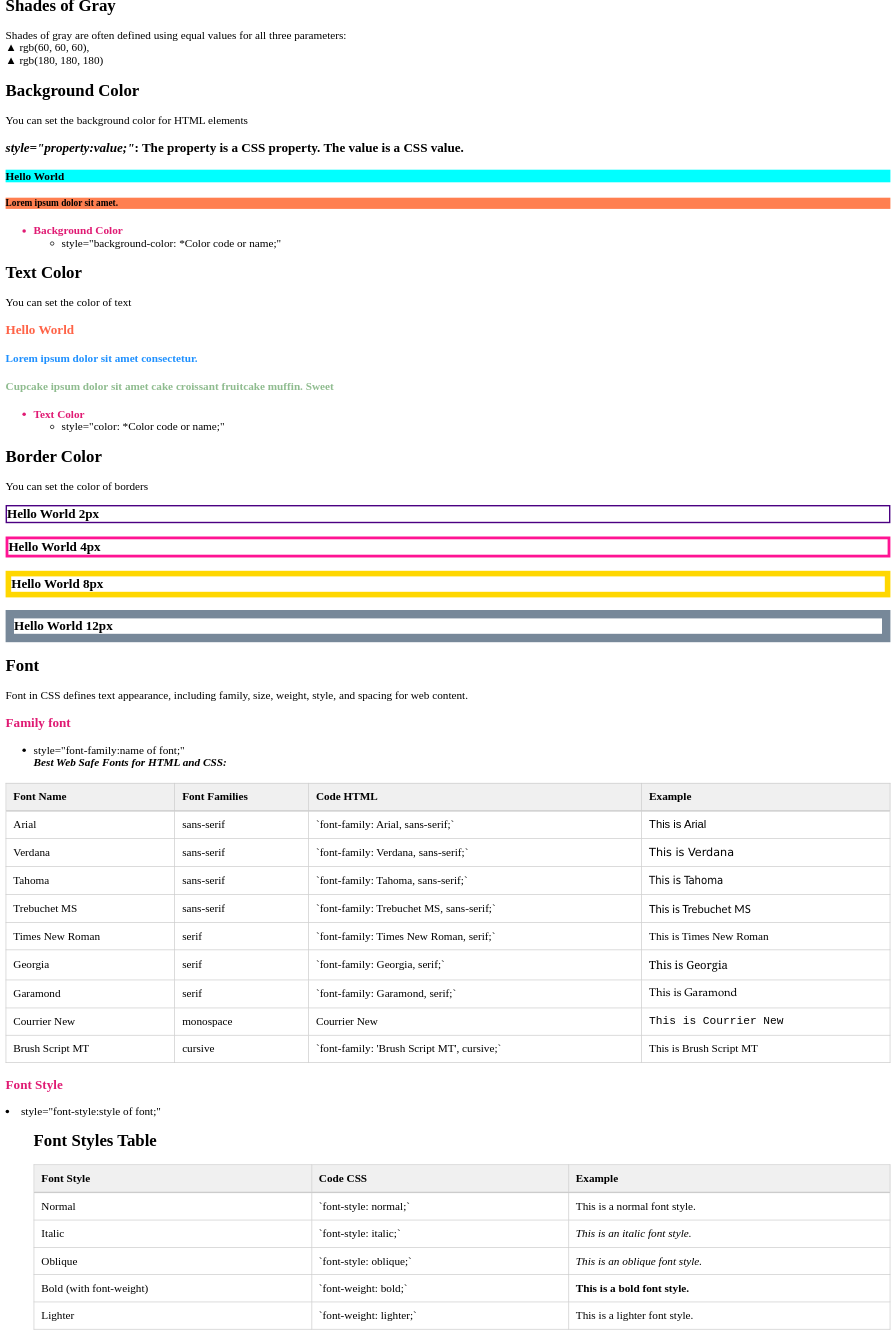
Repository: AnnaSpirit/2025_
Page: Bases/OK/HTML_Text_Formatting.html
The author's editor kept a copy of each file at every save. The page is drawn from the files as they stood at one save, then again after a run of saves.
The browser window is 1280 px wide. The pictures show the part of the page from y = 2089 to 4009 px (the page is 4009 px tall), at 70% of full size.

Above is the page before, as saved 2025-01-09 16:38:53.

### Bases/OK/HTML_Text_Formatting.html
<!DOCTYPE html>
<html lang="en">

<head>
    <meta charset="UTF-8">
    <meta name="viewport" content="width=device-width, initial-scale=1.0">
    <title>HTML Text Formatting</title>
    <a href="HTML_Colors.html"></a>
</head>

<body>
    <h1>HTML contains several elements for defining text with a special meaning.</h1>
    <a href="HTML_Colors.html">
        <h2>Go Back: HTML_Colors</h2></a>
    <p>
    <ul>
        <li style="color:red;"> b< - >Bold text &#61 Strong;
            <ul>
                <li style="color:black;"><b>Bold</b> text</li>
            </ul>
        </li><br>
        <li style="color:red;"> strong< - >Important text &#61 Bold
            <ul>
                <li style="color:black;"><strong>Important</strong> text</li>
            </ul>
        </li><br>
        <li style="color:red;"> i< - >Italic text &#61 Emphasized
            <ul>
                <li style="color:black;"><i>Italic</i> text</li>
            </ul>
        </li><br>

        <li style="color:red;">em< - >Emphasized text &#61 Italic
            <ul>
                <li style="color:black;"><em>Emphasized</em> text</li>
            </ul>
        </li><br>
        <li style="color:red;"> u< - >Underlined text &#61 Inserted
            <ul>
                <li style="color:black;"><u>Underlined</u> text</li>
            </ul><br>
        <li style="color:red;">ins< - >Inserted text &#61 Underlined
            <ul>
                <li style="color:black;"><ins>Inserted</ins> text</li>
            </ul><br>
        <li style="color:red;">small< - >Smaller text
            <ul>
                <li style="color:black;"><small>Smaller</small> text</li>
            </ul>
        </li><br>
        <li style="color:red;">del< - >Deleted text &#61 Strikethrough
            <ul>
                <li style="color:black;"><del>Deleted</del> text</li>
            </ul>
        </li><br>
        <li style="color:red;">s< - >strikethrough text &#61 Deleted
            <ul>
                <li style="color:black;"><s>strikethrough</s> text</li>
            </ul>
        </li><br>
        <li style="color:red;"> mark< - >Marked text (Highlighted in yellow)
            <ul>
                <li style="color:black;"><mark>Marked</mark> text</li>
            </ul>
        </li><br>
        <li style="color:red;">sub< - >Subscript text
            <ul>
                <li style="color:black;"><sub>Subscript</sub> text</li>
            </ul>
        </li><br>
        <li style="color:red;">sup< - >Superscript text
            <ul>
                <li style="color:black;"><sup>Superscript</sup> text</li>
            </ul>
        </li>
    </ul>
    </p>
    <hr>
    <p>
    <h1>HTML Quotation and Citation Elements</h1>
    <h3>In this chapter we will go through the blockquote>,q>, abbr>, address>, cite>, and bdo> HTML elements.</h3>
    <ul>
        <li style="color:rgb(49, 169, 49);"> HTML blockquote> for Quotations
            <ul>
                <li style="color: black;">
                    <blockquote cite=" http://www.worldwildlife.org/who/index.html">For 60 years,...</blockquote>
                </li><br>
            </ul>
        <li style="color:rgb(49, 169, 49);"> HTML q> for Short Quotations
            <ul>
                <li style="color: black;"> WWF's goal is to: <q><em>Build a future where people live in harmony with
                            nature.</em></q></li>
            </ul>
        </li><br>
        <li style=" color:rgb(49, 169, 49);">HTML abbr> for Abbreviations
            <ul>
                <li style="color: black;">
                    <p>The <abbr title="World Health Organization">WHO</abbr> was founded in 1948.</p>
                </li>
            </ul>
        </li><br>
        <li style=" color:rgb(49, 169, 49);">HTML address> for Contact Information
            <ul>
                <li style="color: black;">
                    <address>
                        Written by John Doe.<br>
                        Visit us at:<br>
                        Example.com<br>
                        Box 564, Disneyland<br>
                        USA
                    </address>
                </li>
            </ul>
        </li><br>
        <li style=" color:rgb(49, 169, 49);">HTML cite> for Work Title
            <ul>
                <li style="color: black;">
                    <p><cite>The Scream</cite> by Edvard Munch. Painted in 1893.</p>
                </li>
            </ul>
        </li><br>
        <li style=" color:rgb(49, 169, 49);">HTML bdo> for Bi-Directional Override
            <ul>
                <li style="color: black;"><bdo dir="rtl">This text will be written from right to
                        left.</bdo><mark>||</mark>This text will be written from right to left.<br>
                    specific for <b>HEBREW</b> for example</li> <bdo dir="ltr">Left to Right</bdo>=
                LTR<mark>||</mark><bdo dir="rtl">Right to Left</bdo> = RTL
            </ul>
        </li>
    </ul>
    </h1>
    </p>
    <hr>
    <p>
    <h1>HTML_Colors</h1>
    <p>HTML colors are specified with predefined color names, or with RGB, HEX, HSL, RGBA, or HSLA values.</p>
    <a href="HTML_Colors.html">
        <h2>Colors Names</h2>
    </a>
    <p>In HTML, a color can be specified by using a color name</p>

    <h2>Color Values</h2>

    <p>In HTML, colors can also be specified using <b>RGB</b><sub> (value represents RED, GREEN, and BLUE light
            sources)</sub>, <b>HEX</b><sub>(hexadecimal color is specified with: #RRGGBB, where the RR (red), GG (green)
            and BB (blue) hexadecimal integers specify the components of the color.)</sub>, <b>HSL</b><sub> (stands for
            hue, saturation, and lightness.)</sub>, <b>RGBA</b><sub> (value is an extension of RGB with an Alpha channel
            (opacity)).</sub> and <b>HSLA</b><sub> (values are an extension of HSL with an Alpha channel
            (opacity)).</sub><br>

    <p>The following three elements have their background color set with RGB, HEX, and HSL values.<br>
    <h5>Ultramarine Blue</h5>
    <ul>
        <li style="background-color:rgb(77,106,255);">
            <h5>RGB (77,106,255)</h5>
        </li>
        <li style="background-color:#4D6AFF;">
            <h5>HEX #4D6AFF</h5>
        </li>
        <li style="background-color:HSL(230, 100%, 65%);">
            <h5>HSL (230, 100%, 65%)</h5>
        </li>
    </ul>
    <p>The following two elements have their background color set with RGBA and HSLA values, which add an Alpha channel
        to the color (here we have 50% and 20% transparency)</p>
    <ul>
        <li style="background-color:rgba(77,106,255, 0.5);">
            <h5>RGBA (77,106,255, 0.5) </h5>
        </li>
        <li style="background-color:HSL(230, 100%, 65%, 0.2);">
            <h5>HSLA (230, 100%, 65%, 0.2) </h5>
        </li>
    </ul>
    </p>
    <h2>Shades of Gray</h2>
    <p>Shades of gray are often defined using equal values for all three parameters: <br>
        &#9650; rgb(60, 60, 60),<br>
        &#9650; rgb(180, 180, 180)</p>

    <h2>Background Color</h2>

    <p>You can set the background color for HTML elements <br>
    <h3><em>style="property:value;"</em>: The property is a CSS property. The value is a CSS value.</h3>
    <h4 style="background-color:cyan;">Hello World</h4>
    <h5 style="background-color:Coral;">Lorem ipsum dolor sit amet.</h5>
    <ul>
        <li style="color:rgb(224, 26, 115);"><b>Background Color</b></li>
        <ul>
            <li>style="background-color: *Color code or name;"</li>
        </ul></ul>
    </p>

    <h2>Text Color</h2>

    <p>You can set the color of text <br>
    <h3 style="color:Tomato;">Hello World</h3>
    <h4 style="color:DodgerBlue;">Lorem ipsum dolor sit amet consectetur.</h4>
    <h4 style="color:DarkSeaGreen;">Cupcake ipsum dolor sit amet cake croissant fruitcake muffin. Sweet</h4>
    <ul>
        <li style="color:rgb(224, 26, 115);"><b>Text Color</b></li>
    <ul>
        <li>style="color: *Color code or name;"</li>
    </ul></ul>
    </p>

    <h2>Border Color</h2>

    <p>You can set the color of borders <br>
    <h3 style="border:2px solid indigo;">Hello World 2px</h3>
    <h3 style="border:4px solid DeepPink;">Hello World 4px</h3>
    <h3 style="border:8px solid Gold;">Hello World 8px</h3>
    <h3 style="border:12px solid LightSlateGrey;">Hello World 12px</h3>
    </p>

    <h2>Font</h2>

    <p>Font in CSS defines text appearance, including family, size, weight, style, and spacing for web content.<br>
        <h3 style="color:rgb(224, 26, 115);">Family font</font></h3>
    <ul>
        <li>style="font-family:name of font;"<br><em><b>Best Web Safe Fonts for HTML and CSS: </em></b></li>
    </ul>

    <table style="width: 100%; border-collapse: collapse; text-align: left; margin: 20px 0;">
        <thead>
            <tr style="background-color: #f0f0f0; border-bottom: 2px solid #ccc;">
                <th style="padding: 10px; border: 1px solid #ccc;">Font Name</th>
                <th style="padding: 10px; border: 1px solid #ccc;">Font Families</th>
                <th style="padding: 10px; border: 1px solid #ccc;">Code HTML</th>
                <th style="padding: 10px; border: 1px solid #ccc;">Example</th>
            </tr>
        </thead>
        <tbody>
            <tr>
                <td style="padding: 10px; border: 1px solid #ccc;">Arial</td>
                <td style="padding: 10px; border: 1px solid #ccc;">sans-serif</td>
                <td style="padding: 10px; border: 1px solid #ccc;">`font-family: Arial, sans-serif;`</td>
                <td style="padding: 10px; border: 1px solid #ccc; font-family: Arial, sans-serif;">This is Arial</td>
            </tr>
            <tr>
                <td style="padding: 10px; border: 1px solid #ccc;">Verdana</td>
                <td style="padding: 10px; border: 1px solid #ccc;">sans-serif</td>
                <td style="padding: 10px; border: 1px solid #ccc;">`font-family: Verdana, sans-serif;`</td>
                <td style="padding: 10px; border: 1px solid #ccc; font-family: Verdana, sans-serif;">This is Verdana
                </td>
            </tr>
            <tr>
                <td style="padding: 10px; border: 1px solid #ccc;">Tahoma</td>
                <td style="padding: 10px; border: 1px solid #ccc;">sans-serif</td>
                <td style="padding: 10px; border: 1px solid #ccc;">`font-family: Tahoma, sans-serif;`</td>
                <td style="padding: 10px; border: 1px solid #ccc; font-family: Tahoma, sans-serif;">This is Tahoma</td>
            </tr>
            <tr>
                <td style="padding: 10px; border: 1px solid #ccc;">Trebuchet MS</td>
                <td style="padding: 10px; border: 1px solid #ccc;">sans-serif</td>
                <td style="padding: 10px; border: 1px solid #ccc;">`font-family: Trebuchet MS, sans-serif;`</td>
                <td style="padding: 10px; border: 1px solid #ccc; font-family: 'Trebuchet MS', sans-serif;">This is
                    Trebuchet MS</td>
            </tr>
            <tr>
                <td style="padding: 10px; border: 1px solid #ccc;">Times New Roman</td>
                <td style="padding: 10px; border: 1px solid #ccc;">serif</td>
                <td style="padding: 10px; border: 1px solid #ccc;">`font-family: Times New Roman, serif;`</td>
                <td style="padding: 10px; border: 1px solid #ccc; font-family: 'Times New Roman', serif;">This is Times
                    New Roman</td>
            </tr>
            <tr>
                <td style="padding: 10px; border: 1px solid #ccc;">Georgia</td>
                <td style="padding: 10px; border: 1px solid #ccc;">serif</td>
                <td style="padding: 10px; border: 1px solid #ccc;">`font-family: Georgia, serif;`</td>
                <td style="padding: 10px; border: 1px solid #ccc; font-family: Georgia, serif;">This is Georgia</td>
            </tr>
            <tr>
                <td style="padding: 10px; border: 1px solid #ccc;">Garamond</td>
                <td style="padding: 10px; border: 1px solid #ccc;">serif</td>
                <td style="padding: 10px; border: 1px solid #ccc;">`font-family: Garamond, serif;`</td>
                <td style="padding: 10px; border: 1px solid #ccc; font-family: Garamond, serif;">This is Garamond</td>
            </tr>
            <tr>
                <td style="padding: 10px; border: 1px solid #ccc;">Courrier New</td>
                <td style="padding: 10px; border: 1px solid #ccc;">monospace</td>
                <td style="padding: 10px; border: 1px solid #ccc;"><font-family>Courrier New</font-family>
                </td>
                <td style="padding: 10px; border: 1px solid #ccc; font-family:'Courier New', Courier, monospace";>This is Courrier New</td>
            </tr>
            <tr>
                <td style="padding: 10px; border: 1px solid #ccc;">Brush Script MT</td>
                <td style="padding: 10px; border: 1px solid #ccc;">cursive</td>
                <td style="padding: 10px; border: 1px solid #ccc;">`font-family: 'Brush Script MT', cursive;`</td>
                <td style="padding: 10px; border: 1px solid #ccc; font-family: 'Brush Script MT', cursive";>This is Brush Script MT</td>
            </tr></tbody></table>
        <h3 style="color:rgb(224, 26, 115);">Font Style</font>
</h3>
            <li>style="font-style:style of font;"</li>
            <ul>
<section>
    <h2>Font Styles Table</h2>
    <table style="width: 100%; border-collapse: collapse; text-align: left; margin: 20px 0;">
        <thead>
            <tr style="background-color: #f0f0f0; border-bottom: 2px solid #ccc;">
                <th style="padding: 10px; border: 1px solid #ccc;">Font Style</th>
                <th style="padding: 10px; border: 1px solid #ccc;">Code CSS</th>
                <th style="padding: 10px; border: 1px solid #ccc;">Example</th>
            </tr>
        </thead>
        <tbody>
            <tr>
                <td style="padding: 10px; border: 1px solid #ccc;">Normal</td>
                <td style="padding: 10px; border: 1px solid #ccc;">`font-style: normal;`</td>
                <td style="padding: 10px; border: 1px solid #ccc; font-style: normal;">This is a normal font style.</td>
            </tr>
            <tr>
                <td style="padding: 10px; border: 1px solid #ccc;">Italic</td>
                <td style="padding: 10px; border: 1px solid #ccc;">`font-style: italic;`</td>
                <td style="padding: 10px; border: 1px solid #ccc; font-style: italic;">This is an italic font style.
                </td>
            </tr>
            <tr>
                <td style="padding: 10px; border: 1px solid #ccc;">Oblique</td>
                <td style="padding: 10px; border: 1px solid #ccc;">`font-style: oblique;`</td>
                <td style="padding: 10px; border: 1px solid #ccc; font-style: oblique;">This is an oblique font style.
                </td>
            </tr>
            <tr>
                <td style="padding: 10px; border: 1px solid #ccc;">Bold (with font-weight)</td>
                <td style="padding: 10px; border: 1px solid #ccc;">`font-weight: bold;`</td>
                <td style="padding: 10px; border: 1px solid #ccc; font-weight: bold;">This is a bold font style.</td>
            </tr>
            <tr>
                <td style="padding: 10px; border: 1px solid #ccc;">Lighter</td>
                <td style="padding: 10px; border: 1px solid #ccc;">`font-weight: lighter;`</td>
                <td style="padding: 10px; border: 1px solid #ccc; font-weight: lighter;">This is a lighter font style.
                </td>
            </tr>
        </tbody>
    </table>
</section>

</li>
            </ul>
        </ul>
    </p>
    </p>
</body>

</html>

After the next 4 saves:
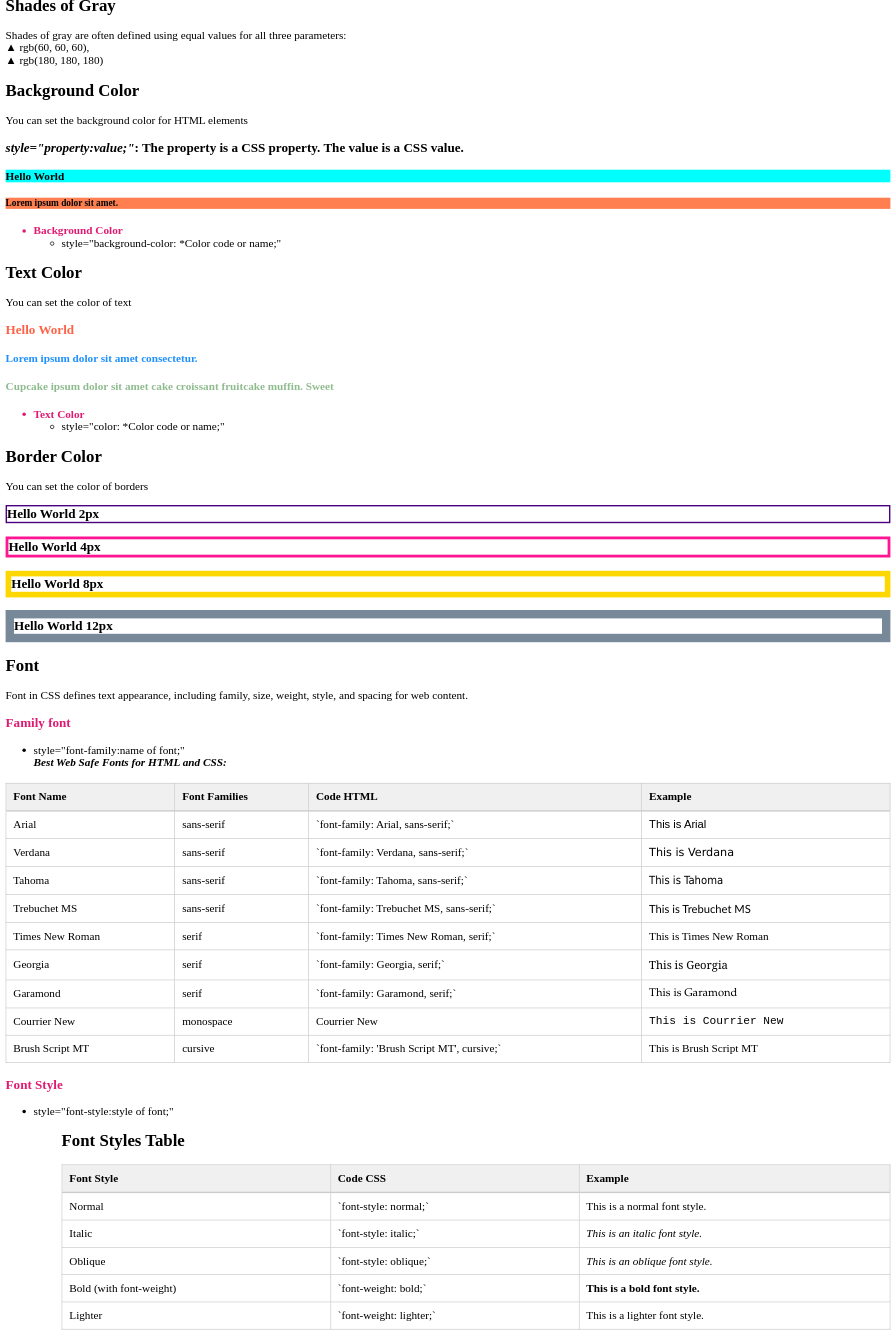
The 4 saves are shown as one change because they came seconds apart.
The last was saved 17 s later.
--- a/Bases/OK/HTML_Text_Formatting.html
+++ b/Bases/OK/HTML_Text_Formatting.html
@@ -290,7 +290,7 @@
             </tr></tbody></table>
         <h3 style="color:rgb(224, 26, 115);">Font Style</font>
 </h3>
-            <li>style="font-style:style of font;"</li>
+            <ul><li>style="font-style:style of font;"</li>
             <ul>
 <section>
     <h2>Font Styles Table</h2>
